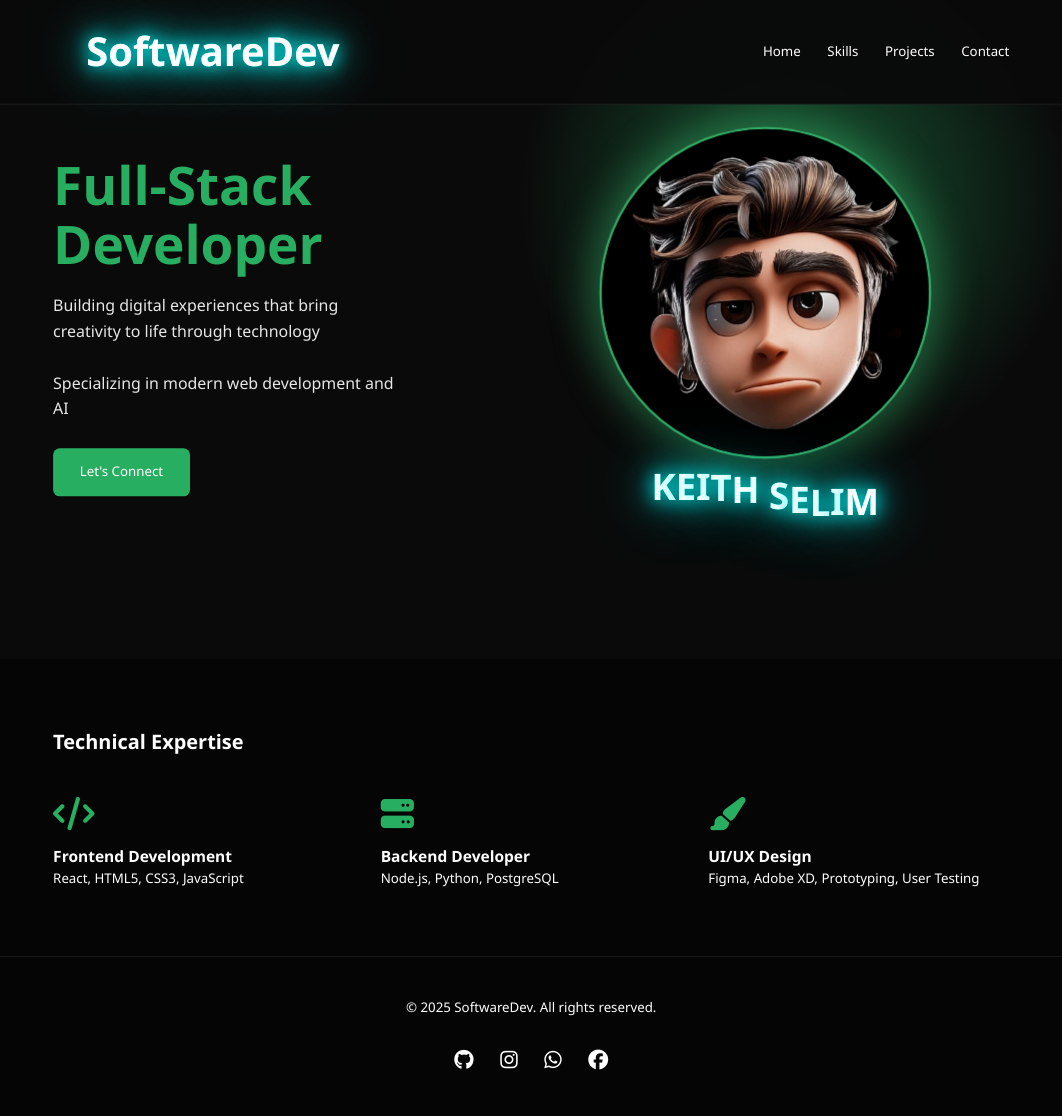
Repository: PEEZYBEE/my-react-portfolio
Page: /
These files come from the project's save history. The page is drawn as it stood at one moment and after a run of saves; the edit follows.
The browser window is 1280 px wide. The pictures show the whole page, at 83% of full size.
The project was rebuilt for these pictures with package versions that can differ from the ones it lists, and the page was loaded fresh each time. Also part of the build but not shown: vite.config.js.

Above is the page before, as saved 2025-04-21 01:50:36.

### index.html
<!doctype html>
<html lang="en">
  <head>
    <meta charset="UTF-8" />
  <link rel="icon" type="image/svg+xml" href="favicon.svg" />
  <meta name="viewport" content="width=device-width, initial-scale=1.0" />
  <title>Keith Selim</title>

  <!-- ✅ Add this line below -->
  <link
    rel="stylesheet"
    href="https://cdnjs.cloudflare.com/ajax/libs/font-awesome/6.7.2/css/all.min.css"
    integrity="sha512-Evv84Mr4kqVGRNSgIGL/F/aIDqQb7xQ2vcrdIwxfjThSH8CSR7PBEakCr51Ck+w+/U6swU2Im1vVX0SVk9ABhg=="
    crossorigin="anonymous"
    referrerpolicy="no-referrer"
  />
</head>
  <body>
    <div id="root"></div>
    <script type="module" src="/src/main.jsx"></script>
  </body>
</html>

### src/index.css
:root {
  font-family: system-ui, Avenir, Helvetica, Arial, sans-serif;
  line-height: 1.5;
  font-weight: 400;

  color-scheme: light dark;
  color: rgba(255, 255, 255, 0.87);
  background-color: #242424;

  font-synthesis: none;
  text-rendering: optimizeLegibility;
  -webkit-font-smoothing: antialiased;
  -moz-osx-font-smoothing: grayscale;
}

a {
  font-weight: 500;
  color: #646cff;
  text-decoration: inherit;
}
a:hover {
  color: #535bf2;
}

body {
  margin: 0;


  min-width: 320px;
  min-height: 100vh;
}

h1 {
  font-size: 3.2em;
  line-height: 1.1;
}

button {
  border-radius: 8px;
  border: 1px solid transparent;
  padding: 0.6em 1.2em;
  font-size: 1em;
  font-weight: 500;
  font-family: inherit;
  background-color: #1a1a1a;
  cursor: pointer;
  transition: border-color 0.25s;
}
button:hover {
  border-color: #646cff;
}
button:focus,
button:focus-visible {
  outline: 4px auto -webkit-focus-ring-color;
}

@media (prefers-color-scheme: light) {
  :root {
    color: #213547;
    background-color: #ffffff;
  }
  a:hover {
    color: #747bff;
  }
  button {
    background-color: #f9f9f9;
  }
}

### src/App.jsx
import React from "react";
import Navbar from './components/Navbar';
import Hero from './components/Hero';
import NameBanner from './components/NameBanner';
import Skills from './components/Skills';
import Footer from './components/Footer';
import './style.css';


function App() {
  return (
    <>
      <Navbar />
      <Hero />
      <NameBanner />
      <Skills />
      <Footer />
    </>
  );
}

export default App;

### src/components/Navbar.jsx
import React from "react";

const Navbar = () => {
  return (
    <nav className="navbar">
      <a href="#home" className="logo">SoftwareDev</a>
      <ul className="nav-links">
        <li><a href="#home">Home</a></li>
        <li><a href="#skills">Skills</a></li>
        <li><a href="#projects">Projects</a></li>
        <li><a href="#contact">Contact</a></li>
      </ul>
    </nav>
  );
};

export default Navbar;

### src/components/Hero.jsx
import React from 'react';
import './Hero.css';
import profileImage from '../assets/profile.jpg';

const Hero = () => {
  return (
    <section id="home" className="hero">
      <div className="hero-content">
        <h1>Full-Stack Developer</h1>
        <p>Building digital experiences that bring creativity to life through technology</p>
        <p className="highlight">Specializing in modern web development and AI</p>
        <a href="#contact" className="cta-button">Let's Connect</a>
      </div>

      <div className="hero-image-container">
        <div className="profile-wrapper">
          <img src={profileImage} alt="Profile" className="profile-img" />
          <h2 className="bouncing-letters">
            <span>K</span>
            <span>E</span>
            <span>I</span>
            <span>T</span>
            <span>H</span>
            <span>&nbsp;</span>
            <span>S</span>
            <span>E</span>
            <span>L</span>
            <span>I</span>
            <span>M</span>
          </h2>
        </div>
      </div>
    </section>
  );
};

export default Hero;

### src/components/NameBanner.jsx
import React from "react";


const Hero = () => {
  return (
    <section>



    </section>
  );
};

export default Hero;

### src/components/Skills.jsx
import React from "react";

const Skills = () => {
  return (
    <section id="skills" className="skills">
      <h2>Technical Expertise</h2>
      <div className="skills-grid">
        <div className="skill-card">
          <i className="fa-solid fa-code"></i>
          <h3>Frontend Development</h3>
          <p>React, HTML5, CSS3, JavaScript</p>
        </div>
        <div className="skill-card">
          <i className="fa-solid fa-server"></i>
          <h3>Backend Developer</h3>
          <p>Node.js, Python, PostgreSQL</p>
        </div>
        <div className="skill-card">
          <i className="fa-solid fa-paintbrush"></i>
          <h3>UI/UX Design</h3>
          <p>Figma, Adobe XD, Prototyping, User Testing</p>
        </div>
      </div>
    </section>
  );
};

export default Skills;

### src/components/Footer.jsx
import React from "react";

const Footer = () => {
  return (
    <footer>
      <p>&copy; 2025 SoftwareDev. All rights reserved.</p>
      <div className="social-links">
        <a href="#"><i className="fa-brands fa-github"></i></a>
        <a href="#"><i className="fa-brands fa-instagram"></i></a>
        <a href="#"><i className="fa-brands fa-whatsapp"></i></a>
        <a href="#"><i className="fa-brands fa-facebook"></i></a>
      </div>
    </footer>
  );
};

export default Footer;

### src/style.css
.bouncing-letters span {
display: inline-block;
color: white;
text-shadow: 0px 0px 0px cyan,
             0px 0px 20px cyan,
             0px 0px 40px cyan,
             0px 0px 80px cyan;
font-size: 44px;
font-weight: bold;
animation: bounce 0.8s ease infinite alternate;



}

@keyframes bounce {
    0% { transform: translateY(0) }
    100% { transform: translateY(-20px) }

}

.bouncing-letters span:nth-child(1)
{ animation-delay:  0.1s; }


.bouncing-letters span:nth-child(2)
{ animation-delay:  0.2s; }


.bouncing-letters span:nth-child(3)
{ animation-delay:  0.3s; }


.bouncing-letters span:nth-child(4)
{ animation-delay:  0.4s; }


.bouncing-letters span:nth-child(5)
{ animation-delay: 0.5s; }


.bouncing-letters span:nth-child(6)
{ animation-delay:  0.6s; }

.bouncing-letters span:nth-child(7)
{ animation-delay:  0.7s; }

.bouncing-letters span:nth-child(8)
{ animation-delay:  0.8s; }

.bouncing-letters span:nth-child(9)
{ animation-delay:  0.9s; }

.bouncing-letters span:nth-child(10)
{ animation-delay:  1.0s; }

body{
    background-color: var(--dark-bg);
    color: var(--text);
    line-height: 1.6;
    overflow-x: hidden;
}


*{
  margin: 0;
  padding: 0;
  box-sizing: border-box;
  font-family: 'Segoe UI', sans-serif;
}
:root{
  --dark-bg: #0a0a0a;
  --darker-bg: #050505;
  --accent-glow: rgba(46, 204, 113, 0.4);
  --text: #ffffff;
}

.navbar{
  position: fixed;
  top: 0;
  width: 100%;
  padding: 1.5rem 5%;
  display: flex;
  justify-content: space-between;
  align-items: center;
  background:  rgba(10, 10, 10, 0.95);
  backdrop-filter: blur(10px);
  z-index: 1000;
  border-bottom: 1px solid rgba(255, 255, 255, 0.1);
}

.logo{
  font-size: 3rem;
  font-weight: 700;
  color: white;
  text-shadow: 0px 0px 0px cyan,
               0px 0px 20px cyan,
               0px 0px 40px cyan,
               0px 0px 80px cyan;
  /*color: var(--accent-glow);*/
  text-decoration: none;
  position: relative;
  padding-left: 2.5rem;
}

.nav-links{
  display: flex;
  gap: 2rem;
  list-style: none;
}

.nav-links a {
  color: var(--text);
  text-decoration: none;
  font-weight: 500;
  transition: all 0.3s ease;
  position: relative;
}

.nav-links a::after {
  content: '';
  position: absolute;
  bottom:  -5px;
  left: 0;
  width: 0;
  height: 2px;
  background: var(--accent-glow);
  transition: width 0.3s ease;
}

.nav-links a:hover::after {
   width: 100%;
}

.hero {
  min-height: 100vh;
  display: flex;
  align-items: center;
  padding: 12% 5%;
  background: radial-gradient(circle at 75% 30%,var(--accent-glow) 0%,transparent 30%);
}

.hero-content {
    flex: 1;
    padding-right: 5rem;
}

.hero-image {
    flex: 1;
    text-align: center;
    position: relative;
}

.profile-img {
    width: 400px;
    height: 400px;
    border-radius: 50%;
    object-fit: cover;
    border: 3px solid ,#27ae60;
    box-shadow: 0 0 50px 10px var(--accent-glow);
    animation: float 3s ease-in-out infinite;
    filter: grayscale(0.2) contrast(1.1);
}

@keyframes float {
    0%, 100%{ transform: translateY(0);}
    50% { transform: translateY(-20px);}
}

.hero h1 {
    font-size: 4rem;
    margin-bottom: 1.5rem;
    color: #27ae60;
    -webkit-background-clip: text;
    /*-webkit-text-fill-color: transparent;*/
    z-index: 10;
}

.hero p {
  font-size: 1.2rem;
  margin-bottom: 2rem;
  opacity: 0.9;
  max-width: 600px;
}

.cta-button {
  display: inline-block;
  padding: 1rem 2rem;
  background:  #27ae60;
  color: white;
  border-radius: 8px;
  text-decoration: none;
  transition: all 0.3s ease;
  position: relative;
  overflow: hidden;
}

.skills {
    padding: 5rem 5%;
    background: var(--darker-bg);
}

.skills-grid {
    display: grid;
    grid-template-columns: repeat(auto-fit,minmax(250px, 1fr));
    gap: 2rem;
    margin-top: 3rem;
}


.skills-card {
    padding: 2rem;
    border-radius: 15px;
    background: rgba(255,255,255,0.05);
    transition: all 0,3s ease;
    border: 1px solid rgba(255,255,255,0.1);
    backdrop-filter: blur(5px);
}

.skill-card:hover {
    transform: translateY(-10px);
    border-color: #27ae60;
    box-shadow: 0 10px 30px var(--accent-glow);
}

.skill-card i {
    font-size: 2.5rem;
    color:  #27ae60;
    margin-bottom: 1rem;
}

footer {
    background: var(--darker-bg);
    padding: 3rem 5%;
    text-align: center;
    border-top: 1px solid rgba(255, 255, 255, 0.1);
    width: 100%; /* Ensure it takes full width */
    position: relative;
    box-sizing: border-box;

}

.social-links {
    margin-top: 2rem;
    display: flex;
    justify-content: center;
    gap: 2rem;
}

.social-links a {
    color: var(--text);
    font-size:  1.5rem;
    transition: all 0.3s ease;
}

.social-links a:hover {
    color: white;
    text-shadow: 0px 0px 0px cyan,
                 0px 0px 20px cyan,
                 0px 0px 40px cyan,
                 0px 0px 80px cyan;
    transform: translateY(-3px);
}

@media (max-width: 768px) {
    .hero {
        flex-direction: column;
        text-align: center;
        padding-top: 8rem;
    }
    .hero-content {
        padding-right: 0;
        margin-bottom: 3rem;
    }
    .profile-img {
        width: 280px;
        height: 280px;
    }
    .nav-links {
        display: none;
    }
    .logo {
        font-size: 1.5rem;
        padding-left: 2rem;
    }
}

### src/components/Hero.css
.hero {
    display: flex;
    justify-content: space-between;
    align-items: center;
    padding: 2rem;
    flex-wrap: wrap;
  }

  .hero-content {
    flex: 1;
    max-width: 500px;
  }

  .hero-image-container {
    flex: 1;
    display: flex;
    justify-content: center;
    align-items: center;
    margin-left: 4rem;
  }

  .profile-wrapper {
    display: flex;
    flex-direction: column;
    align-items: center;
  }

  .profile-img {
    width: 200px;
    height: 200px;
    object-fit: cover;
    border-radius: 50%;
    border: 3px solid #646cff;
    margin-bottom: 1rem;
  }

  .bouncing-letters span {
    display: inline-block;
    animation: bounce 1s infinite alternate;
  }

  .bouncing-letters span:nth-child(2) { animation-delay: 0.1s; }
  .bouncing-letters span:nth-child(3) { animation-delay: 0.2s; }
  .bouncing-letters span:nth-child(4) { animation-delay: 0.3s; }
  .bouncing-letters span:nth-child(5) { animation-delay: 0.4s; }
  .bouncing-letters span:nth-child(6) { animation-delay: 0.5s; }
  .bouncing-letters span:nth-child(7) { animation-delay: 0.6s; }
  .bouncing-letters span:nth-child(8) { animation-delay: 0.7s; }
  .bouncing-letters span:nth-child(9) { animation-delay: 0.8s; }
  .bouncing-letters span:nth-child(10) { animation-delay: 0.9s; }
  .bouncing-letters span:nth-child(11) { animation-delay: 1s; }

  @keyframes bounce {
    0% { transform: translateY(0); }
    100% { transform: translateY(-10px); }
  }

Loaded but not shown: src/main.jsx (common file)

After the next 2 saves:
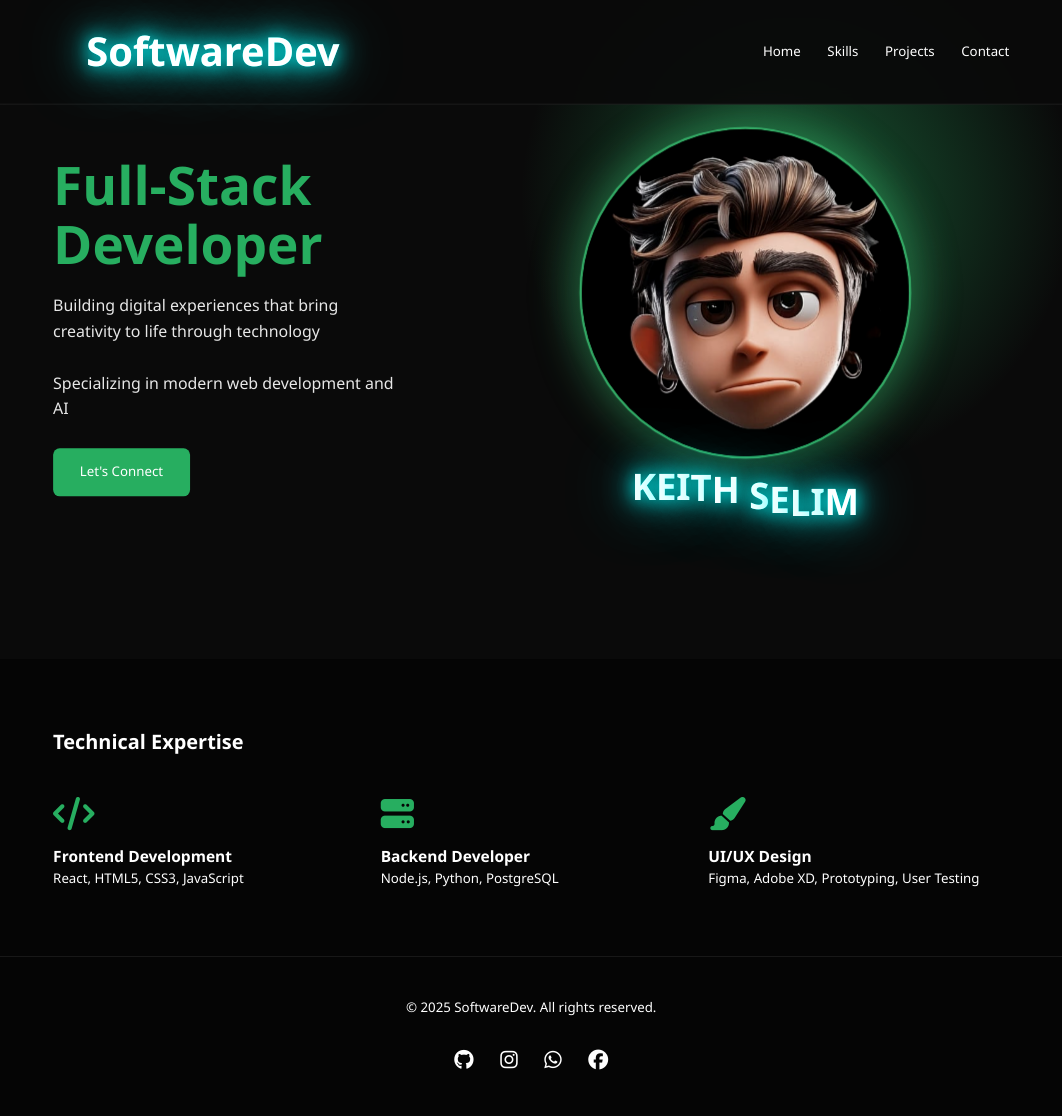
The 2 saves are shown as one change because they came seconds apart.
The last was saved 34 s later.
--- a/src/components/Hero.css
+++ b/src/components/Hero.css
@@ -16,7 +16,7 @@
     display: flex;
     justify-content: center;
     align-items: center;
-    margin-left: 4rem;
+    margin-left: 1rem;
   }
 
   .profile-wrapper {
